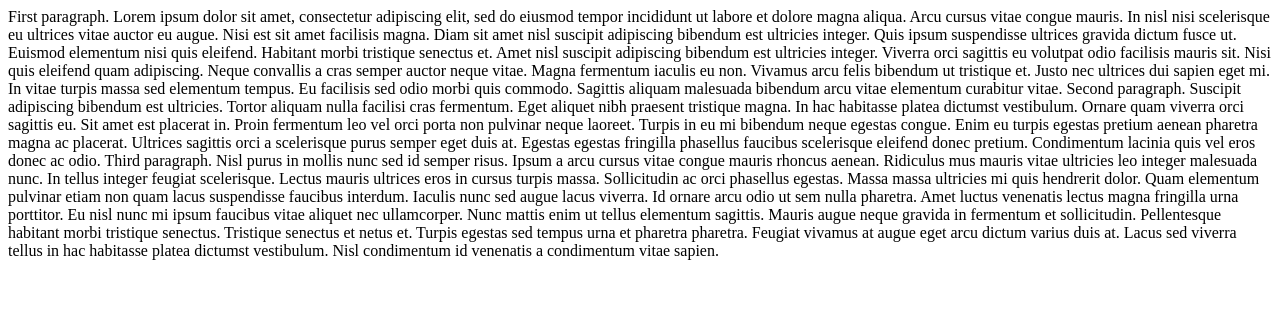
Repository: arzeee/Web_Course
Page: 2.2+Paragraph+Element/2.2 Paragraph Element/index.html
An editor plug-in stored every save of this project. The page is shown before and after a run of saves, followed by the edit.
The browser window is 1280 px wide. The pictures show the whole page.

Above is the page before, as saved 2024-12-01 15:54:08.

### 2.2+Paragraph+Element/2.2 Paragraph Element/index.html
<p></p>First paragraph. Lorem ipsum dolor sit amet, consectetur adipiscing elit, sed do eiusmod tempor incididunt ut labore et dolore magna
aliqua. Arcu cursus vitae congue mauris. In nisl nisi scelerisque eu ultrices vitae auctor eu augue. Nisi est sit amet
facilisis magna. Diam sit amet nisl suscipit adipiscing bibendum est ultricies integer. Quis ipsum suspendisse ultrices
gravida dictum fusce ut. Euismod elementum nisi quis eleifend. Habitant morbi tristique senectus et. Amet nisl suscipit
adipiscing bibendum est ultricies integer. Viverra orci sagittis eu volutpat odio facilisis mauris sit. Nisi quis
eleifend quam adipiscing. Neque convallis a cras semper auctor neque vitae. Magna fermentum iaculis eu non. Vivamus arcu
felis bibendum ut tristique et. Justo nec ultrices dui sapien eget mi. In vitae turpis massa sed elementum tempus. Eu
facilisis sed odio morbi quis commodo. Sagittis aliquam malesuada bibendum arcu vitae elementum curabitur vitae.

Second paragraph. Suscipit adipiscing bibendum est ultricies. Tortor aliquam nulla facilisi cras fermentum. Eget aliquet nibh praesent
tristique magna. In hac habitasse platea dictumst vestibulum. Ornare quam viverra orci sagittis eu. Sit amet est
placerat in. Proin fermentum leo vel orci porta non pulvinar neque laoreet. Turpis in eu mi bibendum neque egestas
congue. Enim eu turpis egestas pretium aenean pharetra magna ac placerat. Ultrices sagittis orci a scelerisque purus
semper eget duis at. Egestas egestas fringilla phasellus faucibus scelerisque eleifend donec pretium. Condimentum
lacinia quis vel eros donec ac odio.

Third paragraph. Nisl purus in mollis nunc sed id semper risus. Ipsum a arcu cursus vitae congue mauris rhoncus aenean. Ridiculus mus
mauris vitae ultricies leo integer malesuada nunc. In tellus integer feugiat scelerisque. Lectus mauris ultrices eros in
cursus turpis massa. Sollicitudin ac orci phasellus egestas. Massa massa ultricies mi quis hendrerit dolor. Quam
elementum pulvinar etiam non quam lacus suspendisse faucibus interdum. Iaculis nunc sed augue lacus viverra. Id ornare
arcu odio ut sem nulla pharetra. Amet luctus venenatis lectus magna fringilla urna porttitor. Eu nisl nunc mi ipsum
faucibus vitae aliquet nec ullamcorper. Nunc mattis enim ut tellus elementum sagittis. Mauris augue neque gravida in
fermentum et sollicitudin. Pellentesque habitant morbi tristique senectus. Tristique senectus et netus et. Turpis
egestas sed tempus urna et pharetra pharetra. Feugiat vivamus at augue eget arcu dictum varius duis at. Lacus sed
viverra tellus in hac habitasse platea dictumst vestibulum. Nisl condimentum id venenatis a condimentum vitae sapien.

After the next 3 saves:
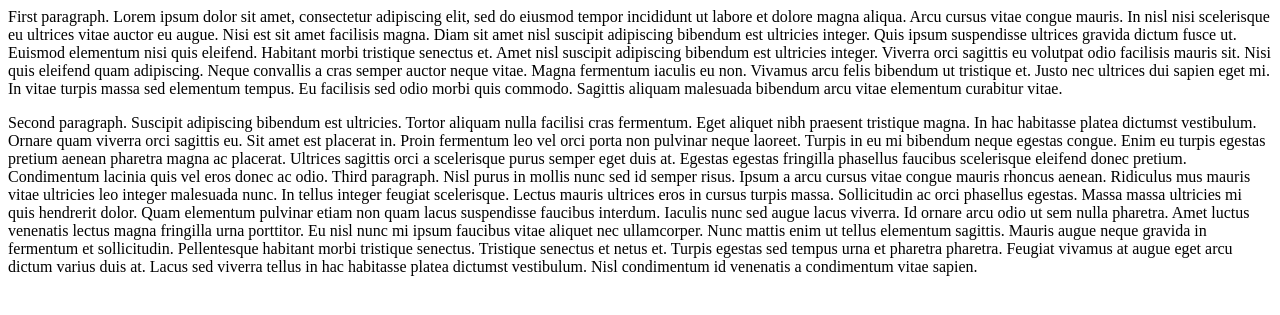
The 3 saves are shown as one change because they came seconds apart.
The last was saved 10 s later.
--- a/2.2+Paragraph+Element/2.2 Paragraph Element/index.html
+++ b/2.2+Paragraph+Element/2.2 Paragraph Element/index.html
@@ -1,11 +1,12 @@
-<p></p>First paragraph. Lorem ipsum dolor sit amet, consectetur adipiscing elit, sed do eiusmod tempor incididunt ut labore et dolore magna
-aliqua. Arcu cursus vitae congue mauris. In nisl nisi scelerisque eu ultrices vitae auctor eu augue. Nisi est sit amet
-facilisis magna. Diam sit amet nisl suscipit adipiscing bibendum est ultricies integer. Quis ipsum suspendisse ultrices
-gravida dictum fusce ut. Euismod elementum nisi quis eleifend. Habitant morbi tristique senectus et. Amet nisl suscipit
-adipiscing bibendum est ultricies integer. Viverra orci sagittis eu volutpat odio facilisis mauris sit. Nisi quis
-eleifend quam adipiscing. Neque convallis a cras semper auctor neque vitae. Magna fermentum iaculis eu non. Vivamus arcu
-felis bibendum ut tristique et. Justo nec ultrices dui sapien eget mi. In vitae turpis massa sed elementum tempus. Eu
-facilisis sed odio morbi quis commodo. Sagittis aliquam malesuada bibendum arcu vitae elementum curabitur vitae.
+<p>First paragraph. Lorem ipsum dolor sit amet, consectetur adipiscing elit, sed do eiusmod tempor incididunt ut labore et dolore magna
+    aliqua. Arcu cursus vitae congue mauris. In nisl nisi scelerisque eu ultrices vitae auctor eu augue. Nisi est sit amet
+    facilisis magna. Diam sit amet nisl suscipit adipiscing bibendum est ultricies integer. Quis ipsum suspendisse ultrices
+    gravida dictum fusce ut. Euismod elementum nisi quis eleifend. Habitant morbi tristique senectus et. Amet nisl suscipit
+    adipiscing bibendum est ultricies integer. Viverra orci sagittis eu volutpat odio facilisis mauris sit. Nisi quis
+    eleifend quam adipiscing. Neque convallis a cras semper auctor neque vitae. Magna fermentum iaculis eu non. Vivamus arcu
+    felis bibendum ut tristique et. Justo nec ultrices dui sapien eget mi. In vitae turpis massa sed elementum tempus. Eu
+    facilisis sed odio morbi quis commodo. Sagittis aliquam malesuada bibendum arcu vitae elementum curabitur vitae.
+</p>
 
 Second paragraph. Suscipit adipiscing bibendum est ultricies. Tortor aliquam nulla facilisi cras fermentum. Eget aliquet nibh praesent
 tristique magna. In hac habitasse platea dictumst vestibulum. Ornare quam viverra orci sagittis eu. Sit amet est
